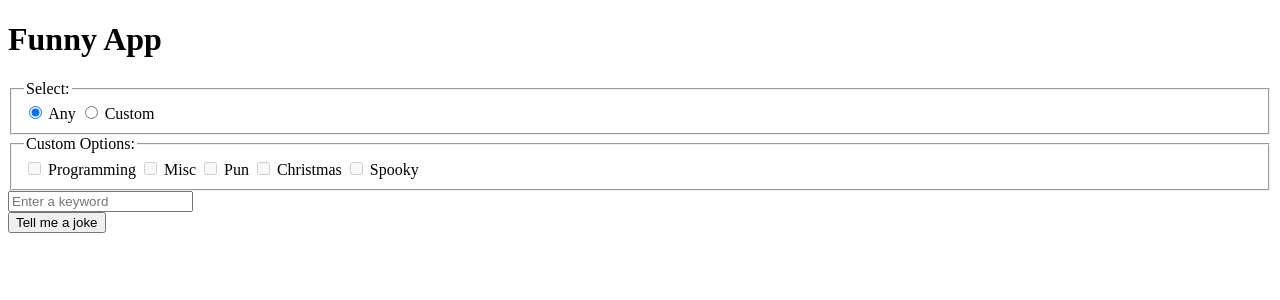
Repository: kaitlynMidori/dadJokeApi
Page: index.html
The author's editor kept a copy of each file at every save. The page is drawn from the files as they stood at one save, then again after the next save.
The browser window is 1280 px wide. The pictures show the whole page.
Some web libraries are served in a nearby version.

Above is the page before, as saved 2021-01-08 10:40:40.

### index.html
<!DOCTYPE html>
<html lang="en">
<head>
    <meta charset="UTF-8">
    <meta name="viewport" content="width=device-width, initial-scale=1.0">
    <title>Joke App</title>

</head>
<body>
    <div id="container">
        <h1>Funny App</h1>
        <fieldset>
            <legend>Select:</legend>
                <div id="form-check">
                    <input type="radio"  id="any" name="type" value="Any" checked>
                    <label for="any">Any</label>

                    <input type="radio"  id="custom" name="type" value="Custom">
                    <label for="custom">Custom</label>
                </div>
        </fieldset>

        <fieldset id="options" disabled>
            <legend>Custom Options:</legend>
                <div id="form-check form-check-inline">
                    <input type="checkbox" id="coding" name="category" value="Programming">
                    <label for="coding">Programming</label>

                    <input type="checkbox" id="misc" name="category" value="Miscellaneous">
                    <label for="misc">Misc</label>

                    <input type="checkbox" id="pun" name="category" value="Pun">
                    <label for="pun">Pun</label>

                    <input type="checkbox" id="chris" name="category" value="Christmas">
                    <label for="chris">Christmas</label>

                    <!-- <input type="checkbox" id="dark" name="category" value="dark">
                    <label for="dark">Dark</label> -->

                    <input type="checkbox" id="spooky" name="category" value="spooky">
                    <label for="spooky">Spooky</label>
                </div>
        </fieldset>
            <form>
                <input type="form-control" placeholder="Enter a keyword" id="keyword">
            </form>

            <button type="submit" id="submit button">Tell me a joke</button>
            <div id="result"></div>
    </div>

    <script src="https://code.jquery.com/jquery-3.2.1.min.js"
          integrity="sha256-hwg4gsxgFZhOsEEamdOYGBf13FyQuiTwlAQgxVSNgt4="
          crossorigin="anonymous"></script>
    <script src="app.js"></script>
</body>
</html>

### app.js
//declare 'option', 'custom', 'any' element id's
let option = document.getElementById("options");
let custom = document.getElementById("custom");
let any = document.getElementById("any");

//add event listener on click
//if 'any' option checked
//disable options
any.addEventListener("click", (e)=>{
    if(e.target.checked){
        option.disabled = true;
    }
});

//add event listener on click
//if 'custom' option checked
//enable options
custom.addEventListener("click", (e)=>{
    if(e.target.checked){
        option.disabled = false;
    }
});

//declare asyncrynous getJoke
const getJoke = async () => {
    //declare result  = HTML div 'result' element id
    let result = document.getElementById('result');
    //replace result element with empty string
    result.innerHTML = "";
    //declare checkboxes= filter category checkboxes for checked
    let checkboxes = [...document.getElementsByName('category')].filter((checkbox)=>checkbox.checked);
    //declare category as empty string
    let category = "";
    //if 'any' type is checked
    if(any.checked){
        //category = 'any'
        category = "Any";
    }
    //if 'custom' type is checked
    if(custom.checked){
        //category = map to join checked category values
        category = checkboxes.map((c)=>c.value).join();
    }
    //console.log user selected joke category
    console.log(category);
    //declare url = dynamically generate url inserting user selected category
    let url = `https://v2.jokeapi.dev/joke/${category}`;
    // declare keyword = HTML form div 'keyword' element id
    let keyword = document.getElementById("keyword").value;
    //if keyword does not equal empty; dynamically generate url with user keyword input
    if(keyword != ""){
        url = `https://v2.jokeapi.dev/joke/${category}?contains=${keyword}`;
    }
    console.log(url);
    const response = await fetch(url);
    const data = await response.json();
    console.log(data);

    //if JSON data response = API doc response 'single'
    if(data.type == "single"){
        //insert API doc 'joke' into response element
        result.innerHTML = `<h3>${data.joke}</h3>`;
    }
    //if JSON data response = API doc response 'twopart'
    if(data.type == "twopart"){
        //insert API doc 'setup' into response element
        result.innerHTML = `<h3>${data.setup}</h3>`;
        //display 'delivery' after 1 second
        setTimeout(()=>{
            //insert API doc 'delivery' into response element
            result.innerHTML += `<h3>${data.delivery}</h3>`;
        },1000);
    }
}

//declare submit = HTML button 'submit button'
let submit = document.getElementById('submit button');
//upon 'submit', add event listener for 'click and activate 'getJoke'
submit.addEventListener("click", getJoke);

After the next save:
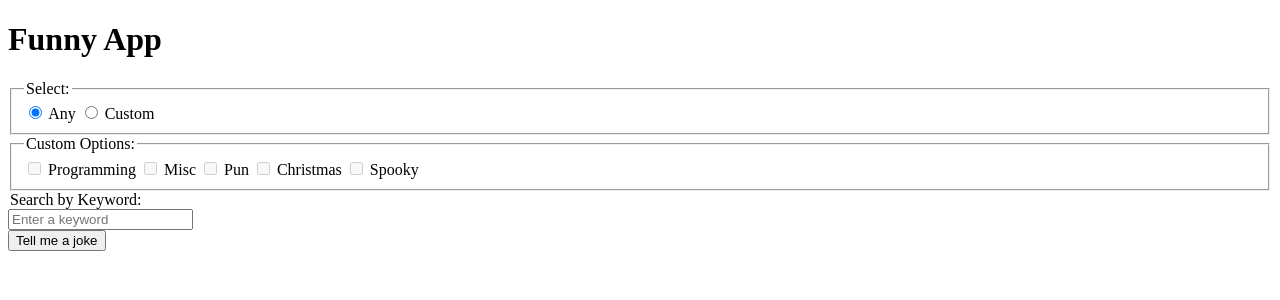
Saved 28 s later.
--- a/index.html
+++ b/index.html
@@ -43,6 +43,7 @@
                 </div>
         </fieldset>
             <form>
+                <legend>Search by Keyword:</legend>
                 <input type="form-control" placeholder="Enter a keyword" id="keyword">
             </form>
 
